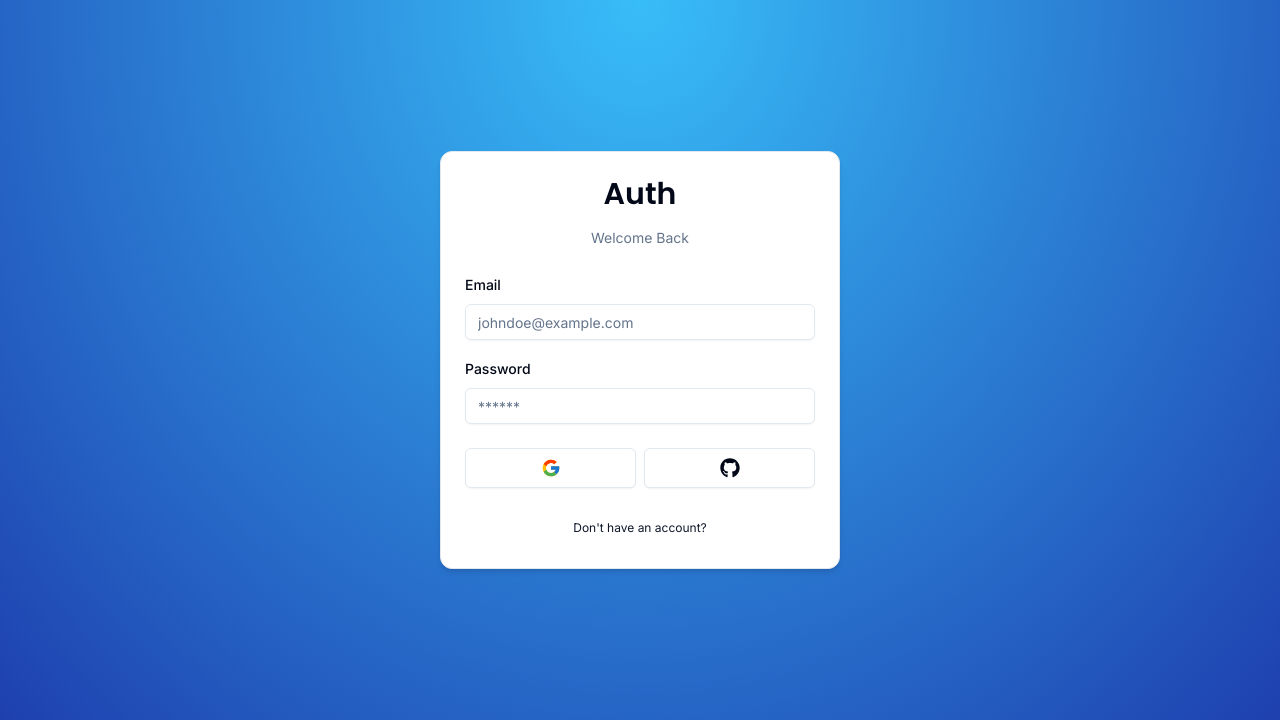
Repository: DevLaukey/next-auth-role-based
Page: /auth/login
These files come from the project's save history. The page is drawn as it stood at one moment and after the next save; the edit follows.
The browser window is 1280 px wide. The pictures show the whole page.
The project was rebuilt for these pictures with package versions that can differ from the ones it lists, and the page was loaded fresh each time. The framework's server and built-in components were replaced by stand-ins that run in the browser. Also part of the build but not shown: next.config.js.

Above is the page before, as saved 2024-01-16 02:44:05.

After the next save:
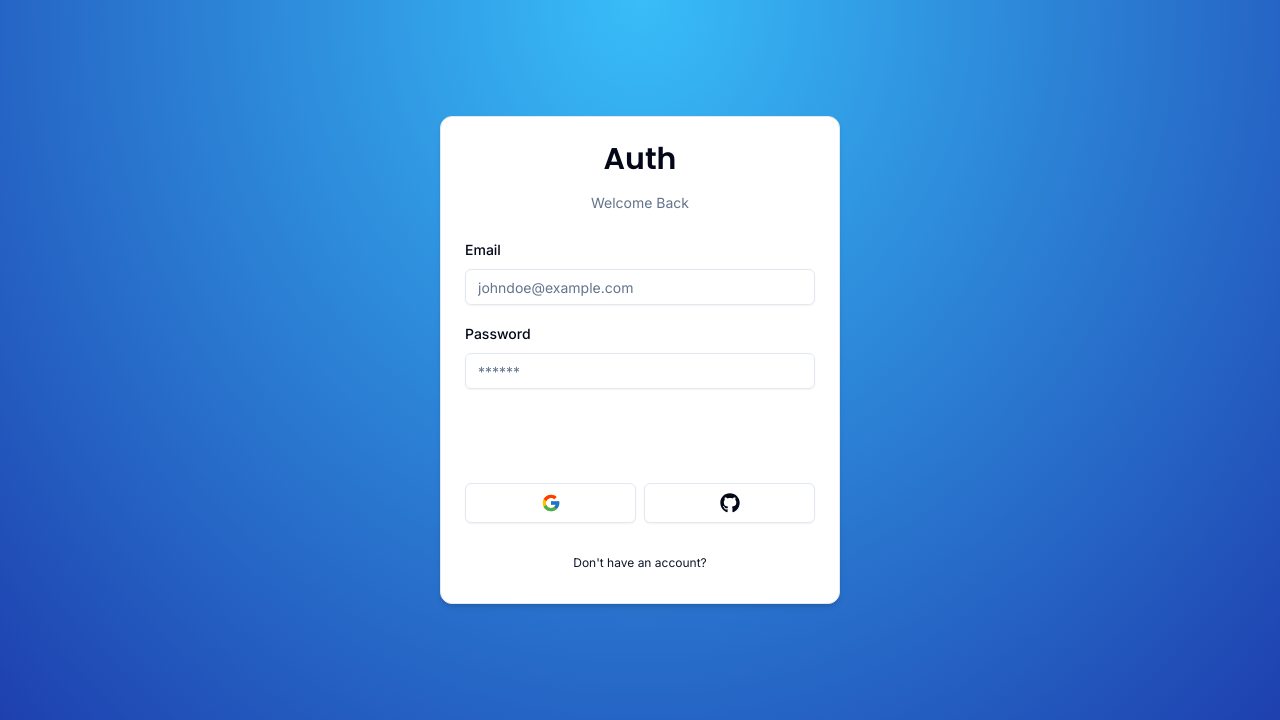
Saved 34 s later.
--- a/components/auth/login-form.tsx
+++ b/components/auth/login-form.tsx
@@ -7,6 +7,7 @@ import { zodResolver } from "@hookform/resolvers/zod";
 import { LoginSchema } from "@/schemas";
 import { Form, FormControl, FormField, FormItem, FormLabel, FormMessage } from "@/components/ui/form"
 import { Input } from "../ui/input";
+import { Button } from "../ui/button";
 
 export const LoginForm = () => {
   const form = useForm<z.infer<typeof LoginSchema>>({
@@ -64,6 +65,7 @@ export const LoginForm = () => {
               )}
             />
           </div>
+          <Button type="submit" variant="primary" size="lg" block></Button>
         </form>
       </Form>
     </CardWrapper>
